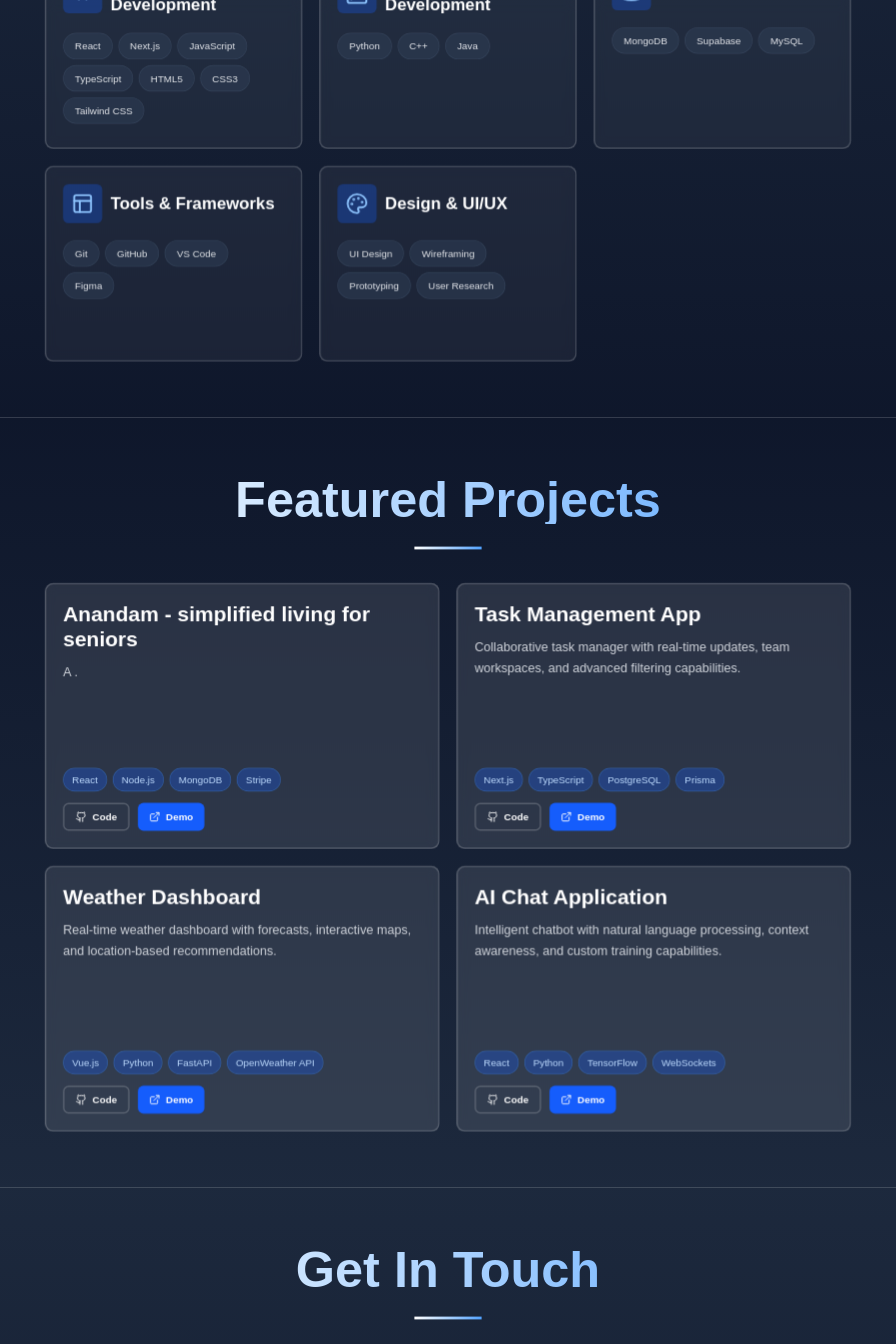
Repository: harshikabodekar/portfolio_awp
Page: /
An editor plug-in stored every save of this project. The page is shown before and after the next save, followed by the edit.
The browser window is 1280 px wide. The pictures show the part of the page from y = 2137 to 4057 px (the page is 4940 px tall), at 70% of full size.
The project was rebuilt for these pictures with package versions that can differ from the ones it lists, and the page was loaded fresh each time. The framework's server and built-in components were replaced by stand-ins that run in the browser. Also part of the build but not shown: next.config.mjs.

Above is the page before, as saved 2025-10-15 21:42:09.

### src/app/page.js
import Navbar from "./components/Navbar";
import Hero from "./components/Hero";
import About from "./components/About";
import Skills from "./components/Skills";
import Project from "./components/Project";
import Contact from "./components/Contact";

export default function Home() {
  return (
    <main>
      <Navbar />
      <Hero />
      <About />
      <Skills />
      <Project />
      <Contact />
    </main>
  );
}

### src/app/components/Navbar.js
import React from 'react';

const Navbar = () => {
  return (
    <nav className="bg-gray-900 text-white py-4 px-6 fixed w-full top-0 left-0 z-50 shadow-lg">
      <div className="container mx-auto flex justify-between items-center">
        <h1 className="text-4xl font-bold">My Portfolio</h1>
        <ul className="flex space-x-12">
          <li><a href="#home" className="hover:text-blue-400 text-2xl">Home</a></li>
          <li><a href="#about" className="hover:text-blue-400 text-2xl">About</a></li>
          <li><a href="#skills" className="hover:text-blue-400 text-2xl">Skills</a></li>
          <li><a href="#projects" className="hover:text-blue-400 text-2xl">Projects</a></li>
          <li><a href="#contact" className="hover:text-blue-400 text-2xl">Contact</a></li>
        </ul>
      </div>
    </nav>
  );
};

export default Navbar;

### src/app/components/Hero.js
"use client";
import { Github, Linkedin, Mail } from 'lucide-react';
import Image from 'next/image';

const Hero = () => {
  return (
    <section
      id="home"
      className="py-20 px-6 bg-gradient-to-b from-slate-800 to-slate-900 text-white min-h-screen flex items-center justify-center"
    >
      <div className="container mx-auto px-4">
        <div className="max-w-6xl mx-auto">

          {/* Profile Image */}
          <div className="flex justify-center mb-12">
            <div className="relative w-64 h-64 md:w-80 md:h-80 rounded-full overflow-hidden border-4 border-blue-400/30 shadow-2xl">
              <Image
                src="/profile.jpeg.jpeg"
                alt="Harshika Bodekar"
                fill
                className="object-cover"
                priority
              />
            </div>
          </div>

          {/* Text Content - Centered like About page */}
          <div className="text-center">
            <h1 className="text-4xl sm:text-5xl md:text-6xl lg:text-7xl font-bold mb-8 bg-gradient-to-r from-white to-blue-400 bg-clip-text text-transparent">
              Harshika Bodekar
            </h1>
            <div className="w-24 h-1 bg-gradient-to-r from-white to-blue-400 mx-auto mb-12"></div>

            <p className="text-xl md:text-2xl lg:text-3xl text-gray-300 mb-8 leading-relaxed">
              Computer Science Student | Frontend Developer
            </p>

            <p className="text-xl md:text-2xl lg:text-3xl text-gray-300 mb-12 leading-relaxed">
              Crafting elegant digital experiences with modern technologies.
              Passionate about clean code, intuitive design, and building products that make a difference.
            </p>

            <div className="flex gap-6 justify-center">
              <a
                href="https://github.com/harshikabodekar"
                target="_blank"
                rel="noopener noreferrer"
                className="p-4 rounded-full border-2 border-white/20 hover:border-blue-400/50 transition-all duration-300 hover:bg-white/10"
                aria-label="GitHub Profile"
              >
                <Github className="w-6 h-6" />
              </a>
              <a
                href="https://linkedin.com/in/harshikabodekar"
                target="_blank"
                rel="noopener noreferrer"
                className="p-4 rounded-full border-2 border-white/20 hover:border-blue-400/50 transition-all duration-300 hover:bg-white/10"
                aria-label="LinkedIn Profile"
              >
                <Linkedin className="w-6 h-6" />
              </a>
              <a
                href="mailto:harshikabodekar02@gmail.com"
                className="p-4 rounded-full border-2 border-white/20 hover:border-blue-400/50 transition-all duration-300 hover:bg-white/10"
                aria-label="Email Contact"
              >
                <Mail className="w-6 h-6" />
              </a>
            </div>
          </div>

        </div>
      </div>
    </section>
  );
};

export default Hero;

### src/app/components/About.js
import React from 'react';

const About = () => {
  return (
    <section id="about" className="py-20 px-6 bg-gradient-to-b from-slate-900 to-slate-800 text-white">
      <div className="container mx-auto px-4">
        <div className="max-w-6xl mx-auto">
          <h2 className="text-4xl sm:text-5xl md:text-6xl lg:text-7xl font-bold mb-8 text-center bg-gradient-to-r from-white to-blue-400 bg-clip-text text-transparent">
            About Me
          </h2>
          <div className="w-24 h-1 bg-gradient-to-r from-white to-blue-400 mx-auto mb-12"></div>

          <div className="text-center">
            <p className="text-xl md:text-2xl lg:text-3xl text-gray-300 leading-relaxed mb-8">
              I am Harshika Bodekar, a Computer Science student at Pimpri Chinchwad University.
              With developing expertise in computer science, I craft robust backend solutions.
            </p>
            <p className="text-xl md:text-2xl lg:text-3xl text-gray-300 leading-relaxed mb-8">
              My journey is driven by a passion for building scalable, efficient systems that power modern applications.
              I enjoy tackling complex challenges and exploring cutting-edge tech.
            </p>
            <p className="text-xl md:text-2xl lg:text-3xl text-gray-300 leading-relaxed">
              When I'm not coding, you'll find me exploring new technologies, contributing to
              open-source projects, or sharing knowledge with the developer community.
            </p>
          </div>
        </div>
      </div>
    </section>
  );
};

export default About;

### src/app/components/Skills.js
"use client";
import React from 'react';
import { Code, Database, Layout, Server, Globe, Palette } from 'lucide-react';

const Skills = () => {
  const skillCategories = [
    {
      icon: Code,
      title: "Frontend Development",
      skills: ["React", "Next.js", "JavaScript", "TypeScript", "HTML5", "CSS3", "Tailwind CSS"]
    },
    {
      icon: Server,
      title: "Backend Development",
      skills: [ "Python", "C++", "Java"]
    },
    {
      icon: Database,
      title: "Database",
      skills: ["MongoDB", "Supabase", "MySQL"]
    },
    {
      icon: Layout,
      title: "Tools & Frameworks",
      skills: ["Git", "GitHub", "VS Code", "Figma"]
    },

    {
      icon: Palette,
      title: "Design & UI/UX",
      skills: ["UI Design", "Wireframing", "Prototyping", "User Research"]
    }
  ];

  return (
    <section id="skills" className="py-20 px-6 bg-gradient-to-b from-slate-800 to-slate-900 text-white">
      <div className="container mx-auto px-4">
        <div className="max-w-6xl mx-auto">
          <h2 className="text-4xl sm:text-5xl md:text-6xl lg:text-7xl font-bold mb-8 text-center bg-gradient-to-r from-white to-blue-400 bg-clip-text text-transparent">
            Skills & Expertise
          </h2>
          <div className="w-24 h-1 bg-gradient-to-r from-white to-blue-400 mx-auto mb-12"></div>

          <p className="text-center text-xl md:text-2xl text-gray-300 mb-16 max-w-3xl mx-auto leading-relaxed">
            A comprehensive set of technical skills and tools I use to build modern, scalable applications.
          </p>

          <div className="grid sm:grid-cols-1 md:grid-cols-2 lg:grid-cols-3 gap-6">
            {skillCategories.map((category, index) => {
              const IconComponent = category.icon;
              return (
                <div
                  key={index}
                  className="border-2 border-white/20 rounded-xl p-6 h-[280px] hover:border-blue-400/50 transition-all duration-300 backdrop-blur-sm bg-white/5 group flex flex-col"
                >
                  <div className="flex items-center gap-3 mb-6">
                    <div className="p-3 bg-blue-600/30 rounded-lg group-hover:bg-blue-600/50 transition-all duration-300">
                      <IconComponent className="w-8 h-8 text-blue-300" />
                    </div>
                    <h3 className="text-xl md:text-2xl font-bold text-white group-hover:text-blue-400 transition-colors">
                      {category.title}
                    </h3>
                  </div>

                  <div className="flex flex-wrap gap-2 flex-1 content-start">
                    {category.skills.map((skill, skillIndex) => (
                      <span
                        key={skillIndex}
                        className="px-4 py-2 bg-slate-700/50 border border-slate-600/50 rounded-full text-sm text-gray-200 hover:bg-blue-600/30 hover:border-blue-400/50 transition-all duration-300"
                      >
                        {skill}
                      </span>
                    ))}
                  </div>
                </div>
              );
            })}
          </div>
        </div>
      </div>
    </section>
  );
};

export default Skills;

### src/app/components/Project.js
import React from 'react';
import ProjectCard from './ProjectCard';
import { projectsData } from '../data/projects';

const Projects = () => {
  const projects = [
    {
      title: "Anandam - simplified living for seniors",
      description: "A .",
      tech: ["React", "Node.js", "MongoDB", "Stripe"],

    },
    {
      title: "Task Management App",
      description: "Collaborative task manager with real-time updates, team workspaces, and advanced filtering capabilities.",
      tech: ["Next.js", "TypeScript", "PostgreSQL", "Prisma"],

    },
    {
      title: "Weather Dashboard",
      description: "Real-time weather dashboard with forecasts, interactive maps, and location-based recommendations.",
      tech: ["Vue.js", "Python", "FastAPI", "OpenWeather API"],

    },
    {
      title: "AI Chat Application",
      description: "Intelligent chatbot with natural language processing, context awareness, and custom training capabilities.",
      tech: ["React", "Python", "TensorFlow", "WebSockets"],

    }
  ];

  return (
    <section id="projects" className="py-20 px-6 bg-gradient-to-b from-slate-900 to-slate-800 text-white">
      <div className="container mx-auto px-4">
        <div className="max-w-6xl mx-auto">
          <h2 className="text-4xl sm:text-5xl md:text-6xl lg:text-7xl font-bold mb-8 text-center bg-gradient-to-r from-white to-blue-400 bg-clip-text text-transparent">
            Featured Projects
          </h2>
          <div className="w-24 h-1 bg-gradient-to-r from-white to-blue-400 mx-auto mb-12"></div>

          <div className="grid sm:grid-cols-1 md:grid-cols-2 gap-6">
            {projects.map((project, index) => (
              <ProjectCard key={index} project={project} />
            ))}
          </div>
        </div>
      </div>
    </section>
  );
};

export default Projects;

### src/app/components/Contact.js
"use client";
import { Mail, Phone, MapPin, Github, Linkedin, Twitter } from 'lucide-react';

const Contact = () => {
  const contactInfo = [
    {
      icon: Mail,
      label: "Email",
      value: "harshikabodekar02@gmail.com",
      href: "mailto:harshikabodekar02@gmail.com"
    },
    {
      icon: Phone,
      label: "Phone",
      value: "+91 9130343030",
      href: "tel:+919130343030"
    },
    {
      icon: MapPin,
      label: "Location",
      value: "Pune, India",
      href: "#"
    }
  ];

  const socialLinks = [
    {
      icon: Github,
      label: "GitHub",
      href: "https://github.com/harshikabodekar"
    },
    {
      icon: Linkedin,
      label: "LinkedIn",
      href: "https://linkedin.com/in/harshikabodekar"
    },
    {
      icon: Twitter,
      label: "Twitter",
      href: "https://twitter.com/harshikabodekar"
    }
  ];

  return (
    <section id="contact" className="py-20 px-6 bg-gradient-to-b from-slate-800 to-slate-900 text-white">
      <div className="container mx-auto px-4">
        <div className="max-w-6xl mx-auto">
          <h2 className="text-4xl sm:text-5xl md:text-6xl lg:text-7xl font-bold mb-8 text-center bg-gradient-to-r from-white to-blue-400 bg-clip-text text-transparent">
            Get In Touch
          </h2>
          <div className="w-24 h-1 bg-gradient-to-r from-white to-blue-400 mx-auto mb-12"></div>

          <p className="text-center text-xl md:text-2xl text-gray-300 mb-16 max-w-3xl mx-auto leading-relaxed">
            I'm always open to discussing new projects, creative ideas, or opportunities to be part of your visions.
          </p>

          <div className="grid md:grid-cols-3 gap-8 mb-16">
            {contactInfo.map((info, index) => (
              <div
                key={index}
                className="border-2 border-white/20 rounded-xl p-8 hover:border-blue-400/50 transition-all duration-300 backdrop-blur-sm bg-white/5 text-center group"
              >
                <div className="inline-flex p-4 bg-blue-600/30 rounded-lg mb-6 group-hover:bg-blue-600/50 transition-all duration-300">
                  <info.icon className="w-8 h-8 text-blue-300" />
                </div>
                <h3 className="text-lg font-semibold text-gray-400 mb-3">{info.label}</h3>
                <a
                  href={info.href}
                  className="text-xl md:text-2xl text-white hover:text-blue-400 transition-colors duration-300 break-words"
                >
                  {info.value}
                </a>
              </div>
            ))}
          </div>

          <div className="border-2 border-white/20 rounded-xl p-10 backdrop-blur-sm bg-white/5">
            <h3 className="text-3xl md:text-4xl font-bold mb-8 text-center bg-gradient-to-r from-white to-blue-400 bg-clip-text text-transparent">
              Connect With Me
            </h3>

            <div className="flex justify-center gap-6 mb-10">
              {socialLinks.map((social, index) => (
                <a
                  key={index}
                  href={social.href}
                  target="_blank"
                  rel="noopener noreferrer"
                  className="p-4 rounded-full border-2 border-white/20 hover:border-blue-400/50 transition-all duration-300 hover:bg-white/10"
                  aria-label={social.label}
                >
                  <social.icon className="w-8 h-8" />
                </a>
              ))}
            </div>

            <div className="text-center">
              <a
                href="mailto:harshikabodekar02@gmail.com"
                className="inline-flex items-center gap-3 px-8 py-4 bg-blue-600 hover:bg-blue-700 rounded-full text-lg md:text-xl font-semibold transition-all duration-300 hover:shadow-lg hover:shadow-blue-500/50"
              >
                <Mail className="w-6 h-6" />
                Send Me an Email
              </a>
            </div>
          </div>
        </div>
      </div>
    </section>
  );
};

export default Contact;

### src/app/components/ProjectCard.js
"use client";
import { Github, ExternalLink } from 'lucide-react';

const ProjectCard = ({ project }) => {
  return (
    <div className="bg-white/10 backdrop-blur-sm border-2 border-white/20 rounded-xl p-6 h-[380px] hover:border-blue-400/50 transition-all duration-300 group flex flex-col">
      <h3 className="text-2xl md:text-3xl font-bold mb-4 text-white group-hover:text-blue-400 transition-colors">
        {project.title}
      </h3>

      <p className="text-base md:text-lg text-gray-300 mb-4 leading-relaxed flex-grow">
        {project.description}
      </p>

      <div className="flex flex-wrap gap-2 mb-4">
        {project.tech.map((tech, index) => (
          <span
            key={index}
            className="px-3 py-1.5 bg-blue-600/30 border border-blue-400/30 rounded-full text-sm text-blue-200 font-medium"
          >
            {tech}
          </span>
        ))}
      </div>

      <div className="flex gap-3">
        <a
          href={project.github}
          target="_blank"
          rel="noopener noreferrer"
          className="flex items-center gap-2 px-4 py-2 border-2 border-white/20 rounded-lg hover:border-blue-400/50 hover:bg-white/10 transition-all duration-300 text-sm font-semibold"
        >
          <Github className="w-4 h-4" />
          Code
        </a>
        <a
          href={project.demo}
          target="_blank"
          rel="noopener noreferrer"
          className="flex items-center gap-2 px-4 py-2 bg-blue-600 hover:bg-blue-700 rounded-lg transition-all duration-300 text-sm font-semibold"
        >
          <ExternalLink className="w-4 h-4" />
          Demo
        </a>
      </div>
    </div>
  );
};

export default ProjectCard;

Loaded but not shown: src/app/layout.js (common file); src/app/globals.css (common file); src/app/data/projects.js (no stored copy; drawn as an empty file)

After the next save:
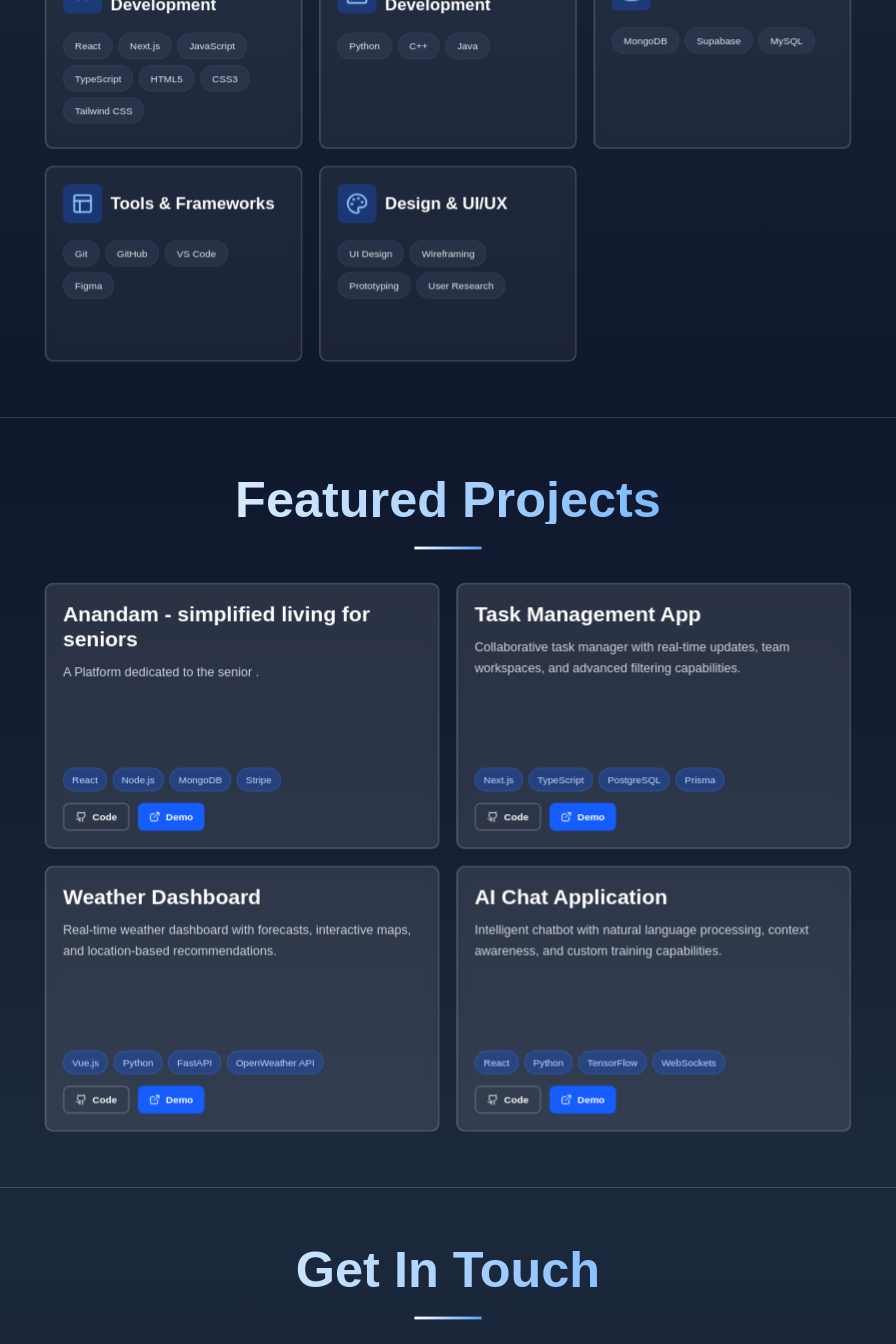
Saved 18 s later.
--- a/src/app/components/Project.js
+++ b/src/app/components/Project.js
@@ -6,7 +6,7 @@ const Projects = () => {
   const projects = [
     {
       title: "Anandam - simplified living for seniors",
-      description: "A .",
+      description: "A Platform dedicated to the senior .",
       tech: ["React", "Node.js", "MongoDB", "Stripe"],
 
     },
